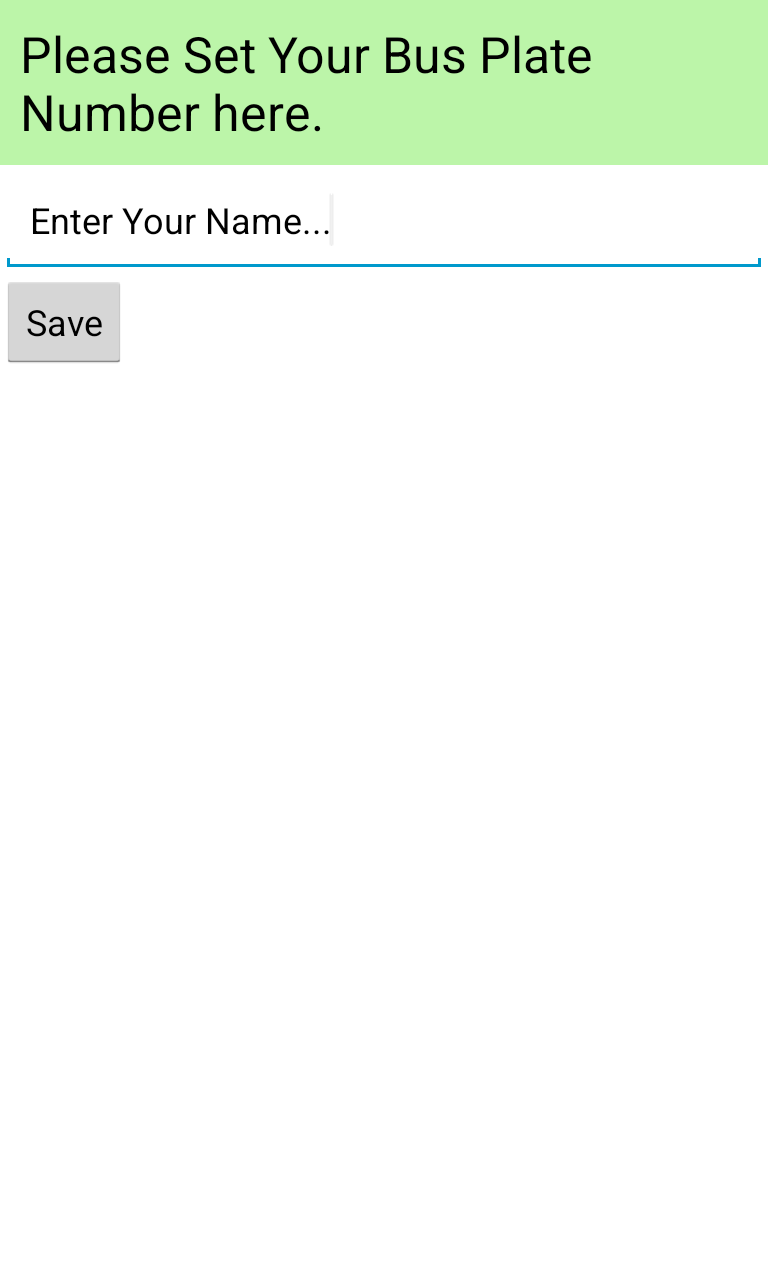
Repository: patheon17/myrepo2
Layout: workspace/UMBusTracker/res/layout/activity_set_plate_num.xml
These files come from the project's save history. The layout is drawn as it stood at one moment and after the next save; the edit follows.
It is drawn on a 768 x 1280 px phone screen (xhdpi) without system bars, with theme AppTheme; the app's code is not run.

Above is the layout before, as saved 2013-10-01 09:38:18.

### workspace/UMBusTracker/res/layout/activity_set_plate_num.xml
<LinearLayout xmlns:android="http://schemas.android.com/apk/res/android"
    xmlns:tools="http://schemas.android.com/tools"
    android:layout_width="match_parent"
    android:layout_height="match_parent"
    android:orientation="vertical"
    tools:context=".MainActivity" >

    <TextView
        android:id="@+id/textView1"
        android:layout_width="wrap_content"
        android:layout_height="wrap_content"
        android:background="@color/appbackground"
        android:padding="10sp"
        android:text="Please Set Your Bus Plate Number here."
        android:textAppearance="?android:attr/textAppearanceLarge"
        android:textSize="25sp" />

    <EditText
        android:id="@+id/editText1"
        android:layout_width="match_parent"
        android:layout_height="wrap_content"
        android:ems="10"
        android:text="Enter Your Name..."
        android:padding="15sp" >

        <requestFocus />
    </EditText>

    <Button
        android:id="@+id/button1"
        android:layout_width="wrap_content"
        android:layout_height="wrap_content"
        android:text="Save" />

</LinearLayout>

### workspace/UMBusTracker/res/values/styles.xml
<resources>

    <!--
        Base application theme, dependent on API level. This theme is replaced
        by AppBaseTheme from res/values-vXX/styles.xml on newer devices.
    -->
    <style name="AppBaseTheme" parent="android:Theme.Light">
        <!--
            Theme customizations available in newer API levels can go in
            res/values-vXX/styles.xml, while customizations related to
            backward-compatibility can go here.
        -->
    </style>

    <!-- Application theme. -->
    <style name="AppTheme" parent="AppBaseTheme">
        <!-- All customizations that are NOT specific to a particular API-level can go here. -->
    </style>
    <color name="appbackground">#BCF5A9</color>

</resources>

Loaded but not shown: workspace/UMBusTracker/res/values-v11/styles.xml (common file); workspace/UMBusTracker/res/values-v14/styles.xml (common file)

After the next save:
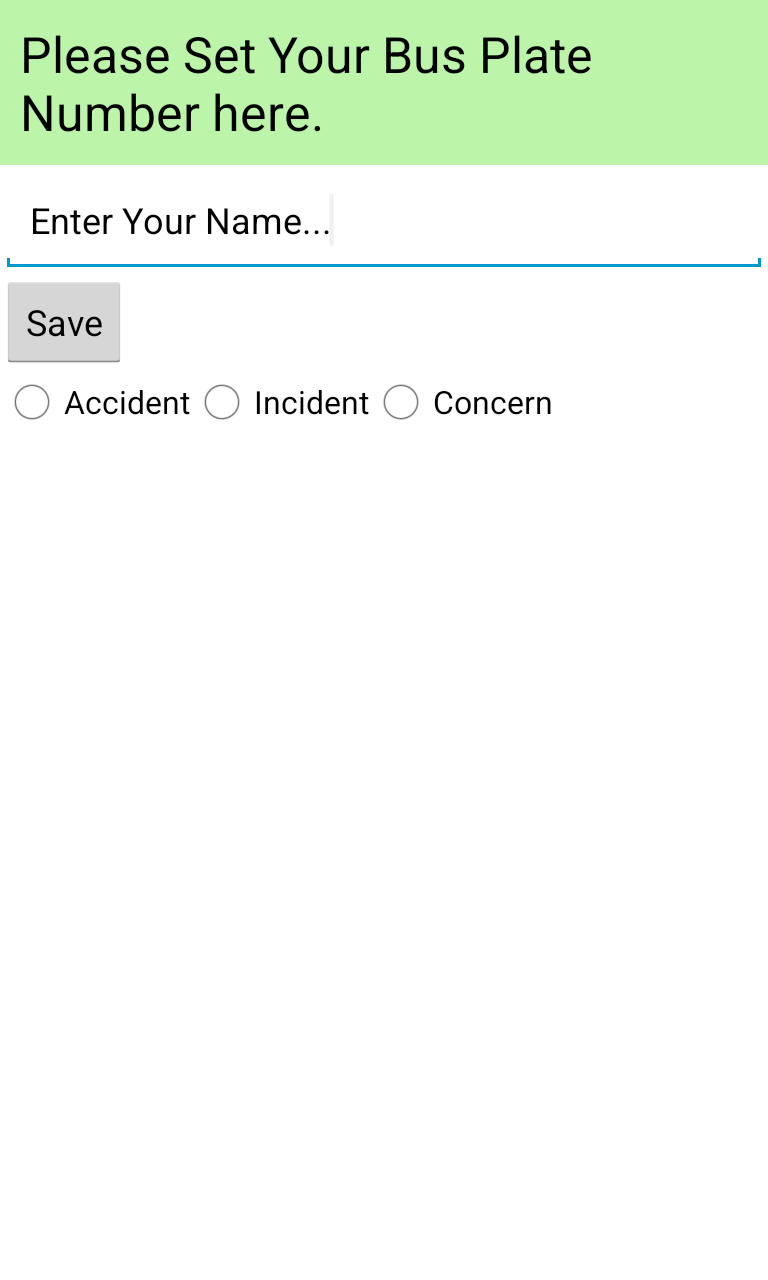
Saved 5 min 11 s later.
--- a/workspace/UMBusTracker/res/layout/activity_set_plate_num.xml
+++ b/workspace/UMBusTracker/res/layout/activity_set_plate_num.xml
@@ -32,4 +32,32 @@
         android:layout_height="wrap_content"
         android:text="Save" />
 
+
+
+    <RadioGroup xmlns:android="http://schemas.android.com/apk/res/android"
+                android:layout_width="fill_parent"
+                android:layout_height="wrap_content"
+                android:orientation="horizontal">
+
+
+     <RadioButton
+        android:id="@+id/radioButtonaccident"
+        android:layout_width="wrap_content"
+        android:layout_height="wrap_content"
+        android:text="Accident" />
+
+    <RadioButton
+        android:id="@+id/radioButtonincident"
+        android:layout_width="wrap_content"
+        android:layout_height="wrap_content"
+        android:text="Incident" />
+
+    <RadioButton
+        android:id="@+id/radioButtonconcern"
+        android:layout_width="wrap_content"
+        android:layout_height="wrap_content"
+        android:text="Concern" />
+
+    </RadioGroup>
+
 </LinearLayout>
